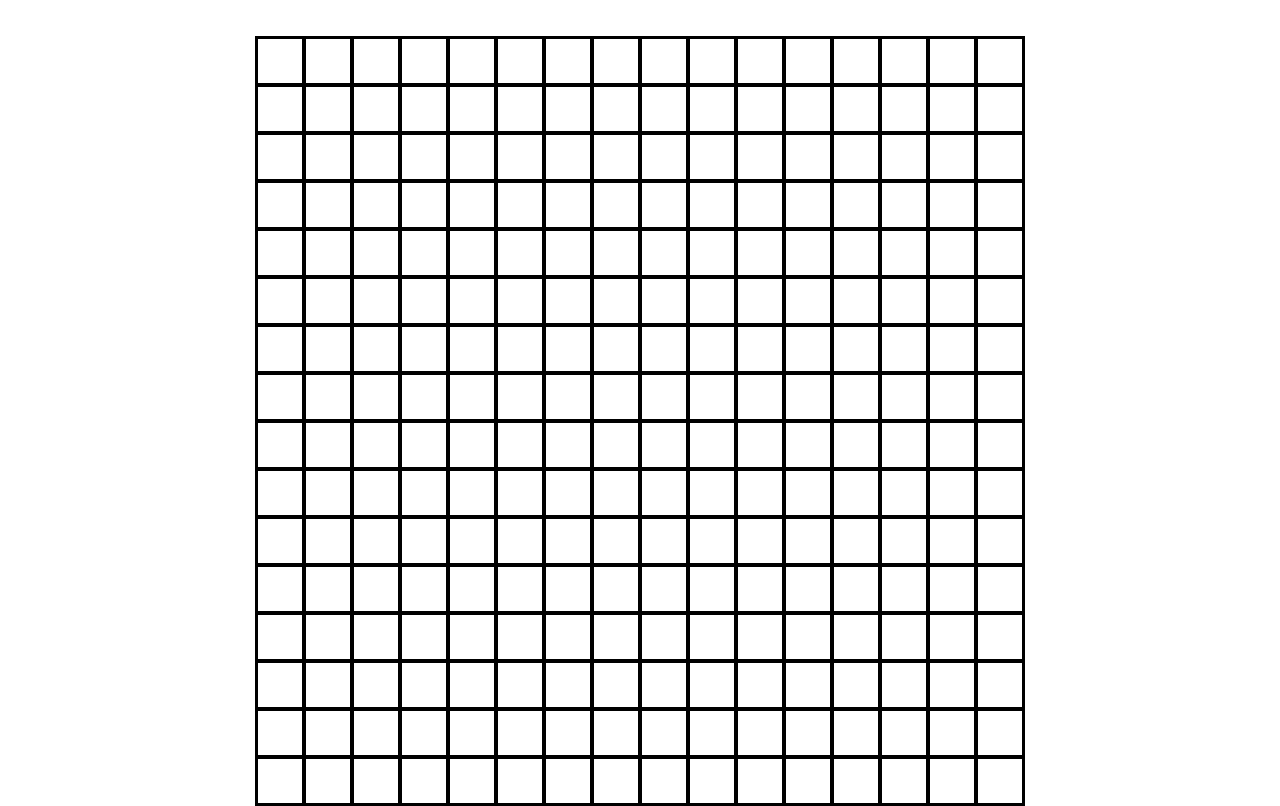
Repository: ShaneLau2/Odin-Project-Etch-a-Sketch
Page: index.html
These files come from the project's save history. The page is drawn as it stood at one moment and after the next save; the edit follows.
The browser window is 1280 px wide. The pictures show the whole page.

Above is the page before, as saved 2024-03-04 17:55:54.

### index.html
<!DOCTYPE html>
<html lang="en">

<head>
    <meta charset="UTF-8">
    <meta name="viewport" content="width=device-width, initial-scale=1.0">
    <title>Grid of Squares</title>
    <link rel="stylesheet" href="styles.css">
</head>

<body>
    <div id="container"></div>
    <script src="script.js"></script>
</body>

</html>

### styles.css
body,
html {
    margin: 0;
    padding: 0;
    height: 80%;
}

#container {
    display: flex;
    flex-wrap: wrap;
    width: 60vw;
    height: 60vw;
    margin: 5vh auto;
    border: 1px solid #000;
}

.square {
    width: calc(100% / 16);
    height: calc(100% / 16);
    border: 2px solid #000;
    box-sizing: border-box;
}

### script.js
document.addEventListener("DOMContentLoaded", function() {
    const container = document.getElementById("container");
    const gridSize = 16;

    for (let i = 0; i < gridSize; i++) {
        for (let j = 0; j < gridSize; j++) {
            const square = document.createElement("div");
            square.classList.add("square");
            container.appendChild(square);
        }
    }
});

After the next save:
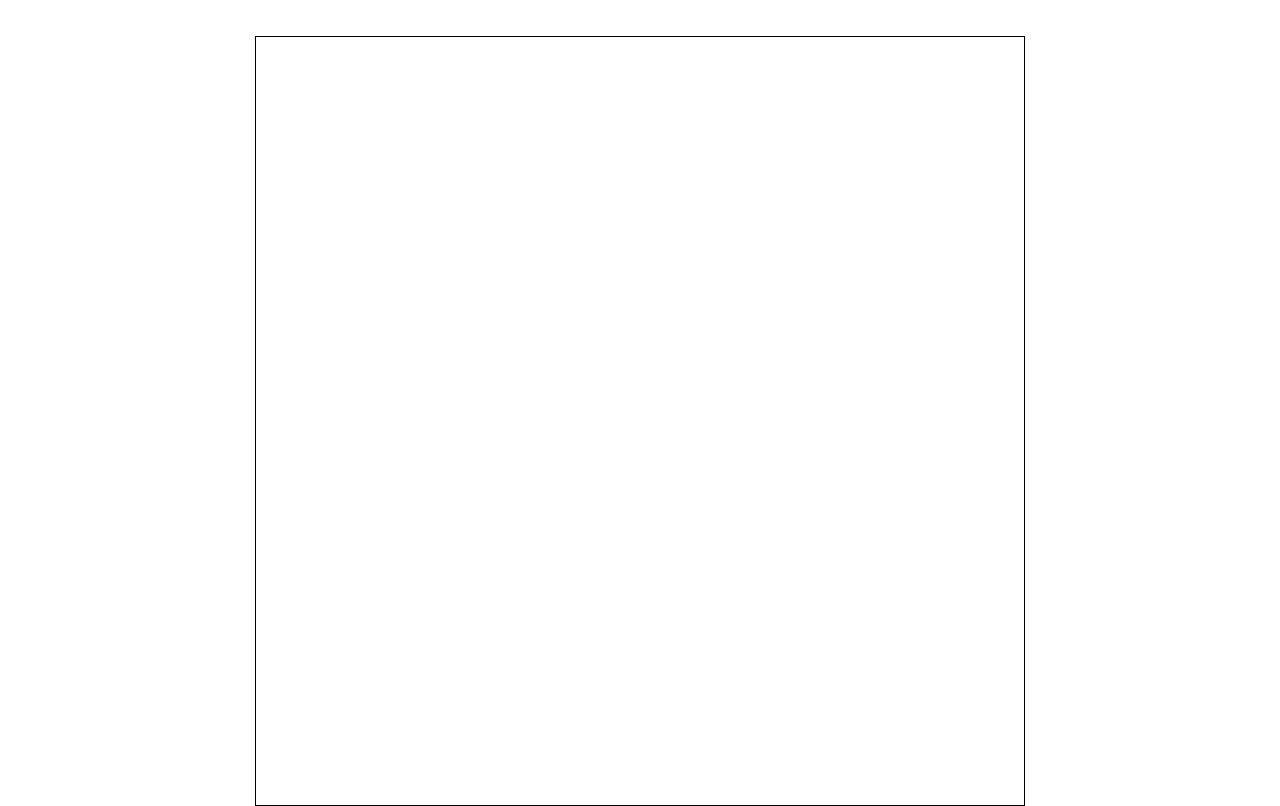
Console error: SyntaxError: missing ) after argument list
Saved 4 min 37 s later.
--- a/script.js
+++ b/script.js
@@ -10,3 +10,8 @@ document.addEventListener("DOMContentLoaded", function() {
         }
     }
 });
+document.querySelectorAll(".square").forEach(square => {
+            square.addEventListener("mouseover", function() {
+                square.style.backgroundColor = "blue";
+            });
+        }

After the save that followed:
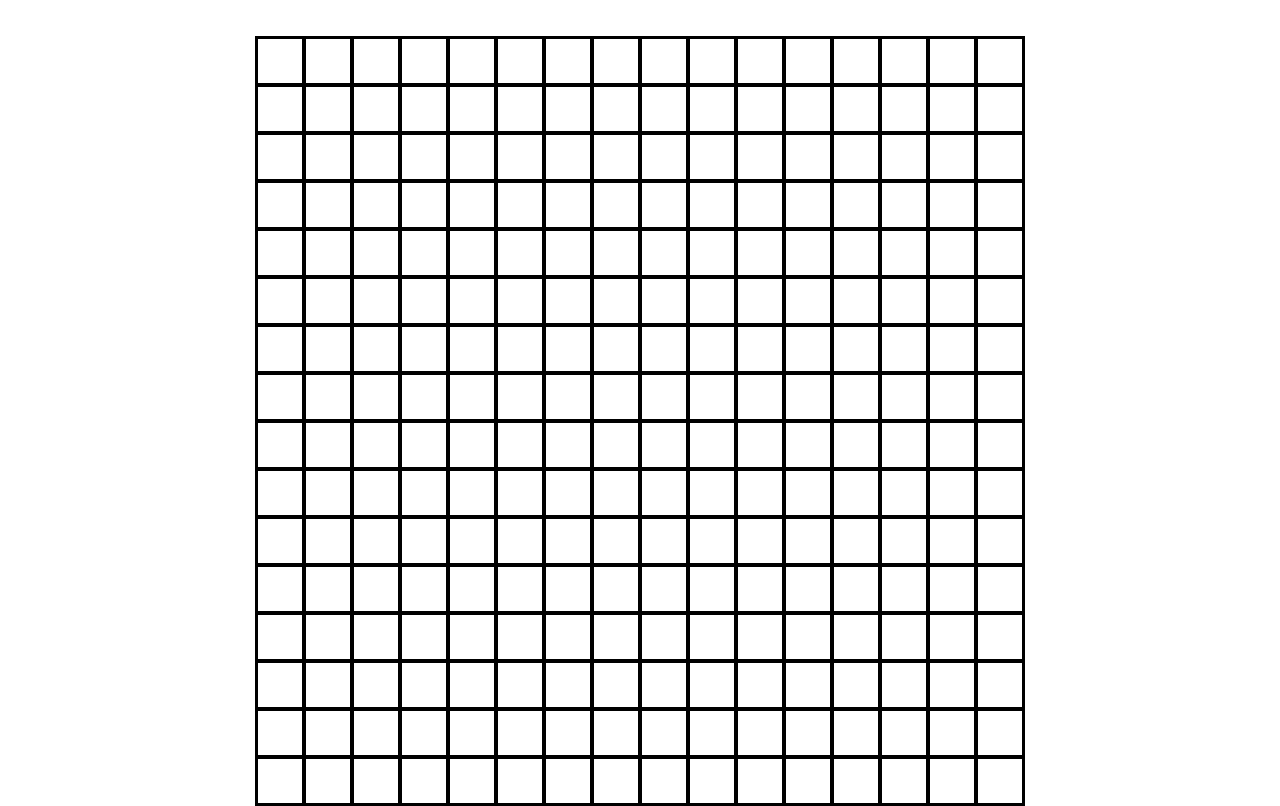
The error is gone.
Saved 10 s later.
--- a/script.js
+++ b/script.js
@@ -10,8 +10,8 @@ document.addEventListener("DOMContentLoaded", function() {
         }
     }
 });
-document.querySelectorAll(".square").forEach(square => {
-            square.addEventListener("mouseover", function() {
-                square.style.backgroundColor = "blue";
-            });
-        }
+document.querySelectorAll(".square").forEach((square) => {
+    square.addEventListener("mouseover", function() {
+        square.style.backgroundColor = "blue";
+    });
+});
